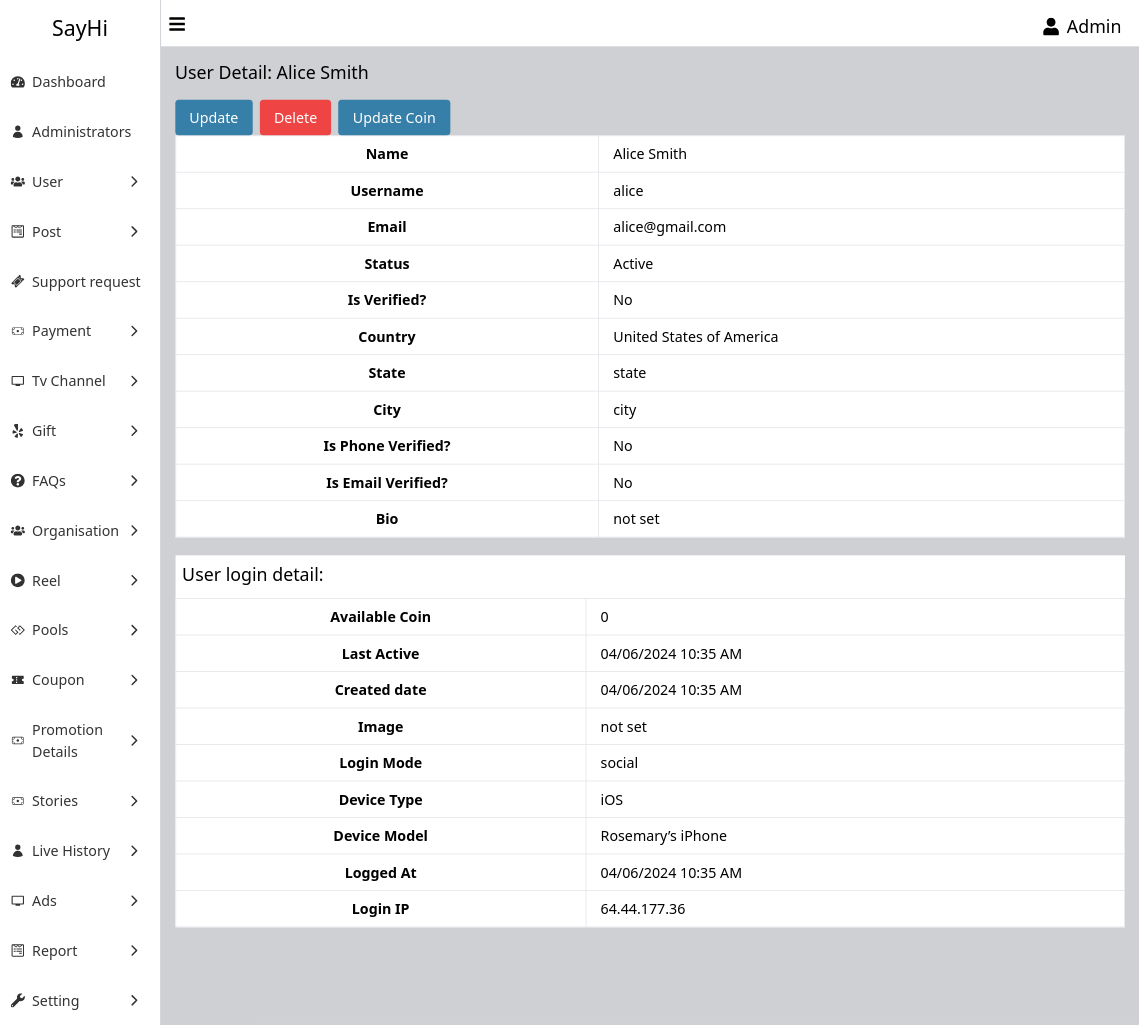
Repository: Husein8/Dashboard
Page: /userDetails/1
An editor plug-in stored every save of this project. The page is shown before and after the next save, followed by the edit.
The browser window is 1280 px wide. The pictures show the whole page, at 89% of full size.
The project was rebuilt for these pictures with package versions that can differ from the ones it lists, and the page was loaded fresh each time. Also part of the build but not shown: vite.config.js, src/components/Login.jsx, src/components/Charts.jsx, src/components/LatestPost.jsx, src/components/NewUsersData.jsx, src/components/NewUsers.jsx, src/components/TableUsersData.jsx, src/components/Footer.jsx and 13 more.

Above is the page before, as saved 2024-06-10 01:21:35.

After the next save:
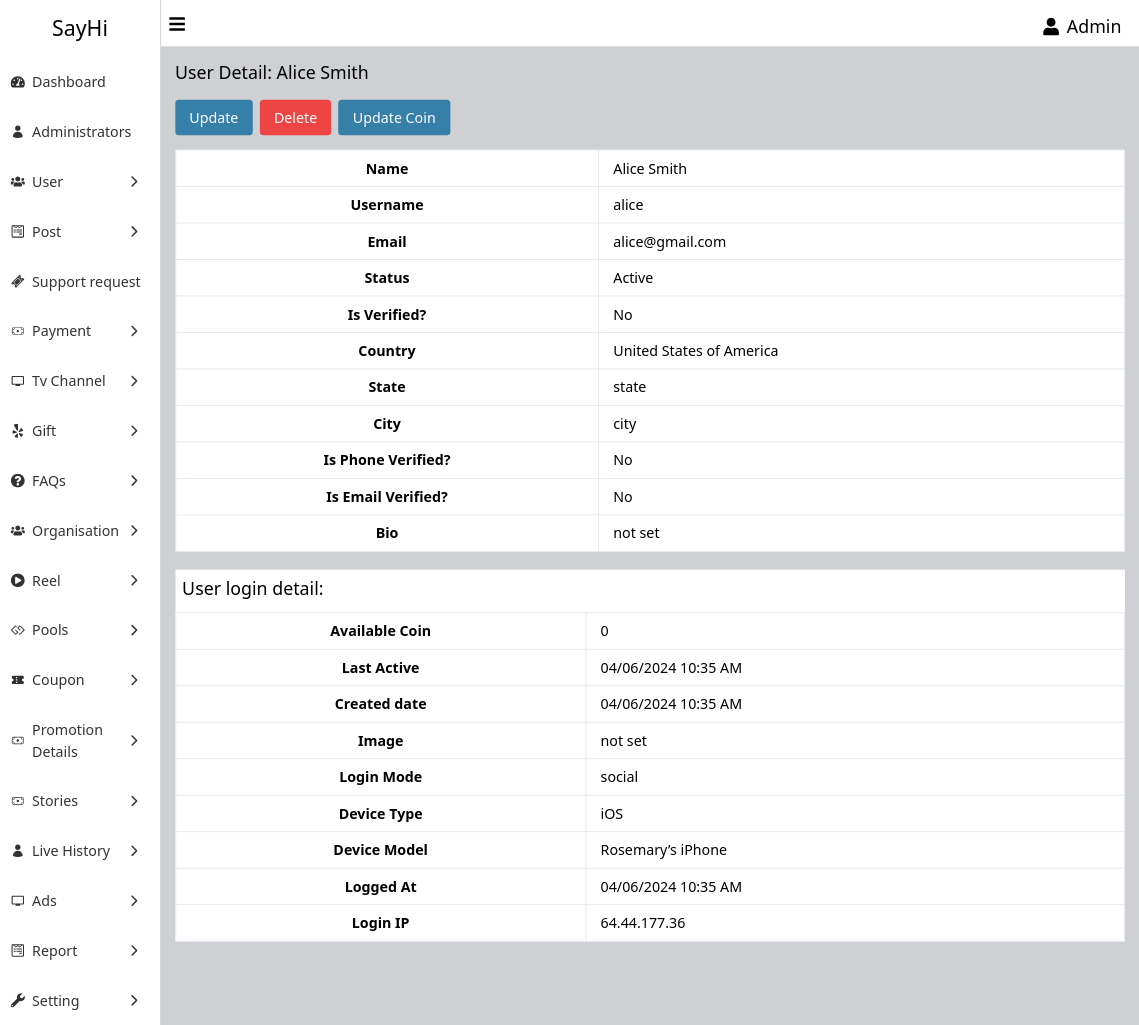
Saved 49 s later.
--- a/src/Pages/UserDetails.jsx
+++ b/src/Pages/UserDetails.jsx
@@ -30,7 +30,7 @@ const UserDetails = () => {
   return (
     <div className="container mx-auto p-4">
       <h2 className="text-xl mb-3 font-medium">User Detail: {user.name}</h2>
-      <div className="mt-4">
+      <div className="my-4">
         <button
           onClick={handleUpdateClick}
           className="mr-2 bg-buttonsColor text-white px-4 py-2 rounded"
